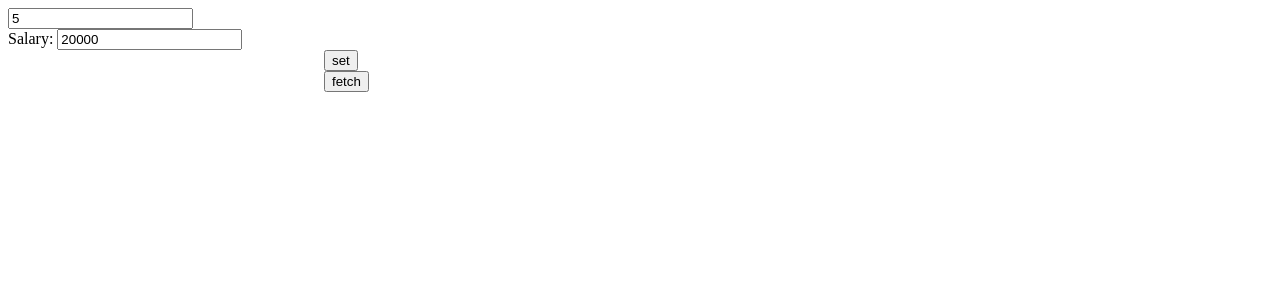
Repository: poobalan5397/corejava
Page: firstWebsite/src/main/webapp/CookiesDemo.html
The author's editor kept a copy of each file at every save. The page is drawn from the files as they stood at one save, then again after the next save.
The browser window is 1280 px wide. The pictures show the whole page.

Above is the page before, as saved 2022-05-25 10:42:44.

After the next save:
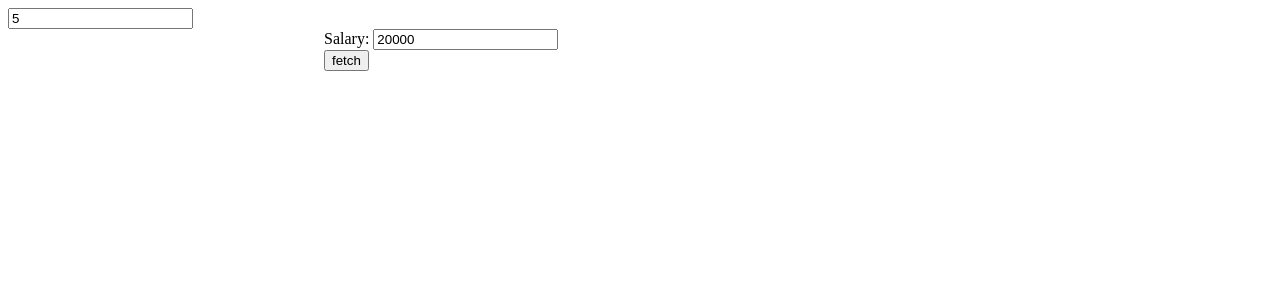
Saved 7 min 21 s later.
--- a/firstWebsite/src/main/webapp/CookiesDemo.html
+++ b/firstWebsite/src/main/webapp/CookiesDemo.html
@@ -2,7 +2,7 @@
 <html>
 <head>
 <meta charset="ISO-8859-1">
-<title>Global State</title>
+<title>cookiesDemo</title>
 </head>
 <body>
 	<div>
@@ -15,22 +15,22 @@ not be transfer fto the server because it is not part of
 	</div>
 	<form action="/firstWebsite/GlobalState?department=id&city=madurai"
 		method="post">
+
 		<div>
 			<div>
+			<div style="width: 50%; margin: 0 auto">
 				<label for='salary'>Salary:</label> <input type=text name='salary'
-					id='salary' value="20000" />
+					id='salary' value="20000">
 				<!-- salary and submit -->
 			</div>
 			<div style="width: 50%; margin: 0 auto">
-				<input type="hidden" value="50000" name="bonus" id="bonus" />
+				<input type="hidden" value="50000" name="bonus" id="bonus">
 				<!--  -->
-			</div>
-			<div style="width: 50%; margin: 0 auto">
-				<input type="submit" value="set" name="submit">
 			</div>
 			<div style="width: 50%; margin: 0 auto">
 				<input type="submit" value="fetch" name="submit">
 			</div>
+
 		</div>
 	</form>
 </body>
